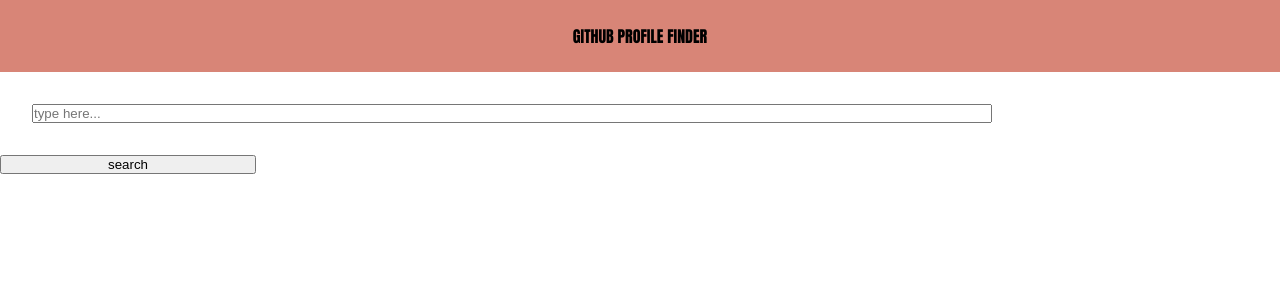
Repository: nilesjamex/githubprofilefinder
Page: index.html
The author's editor kept a copy of each file at every save. The page is drawn from the files as they stood at one save, then again after the next save.
The browser window is 1280 px wide. The pictures show the whole page.

Above is the page before, as saved 2020-11-18 22:53:54.

After the next save:
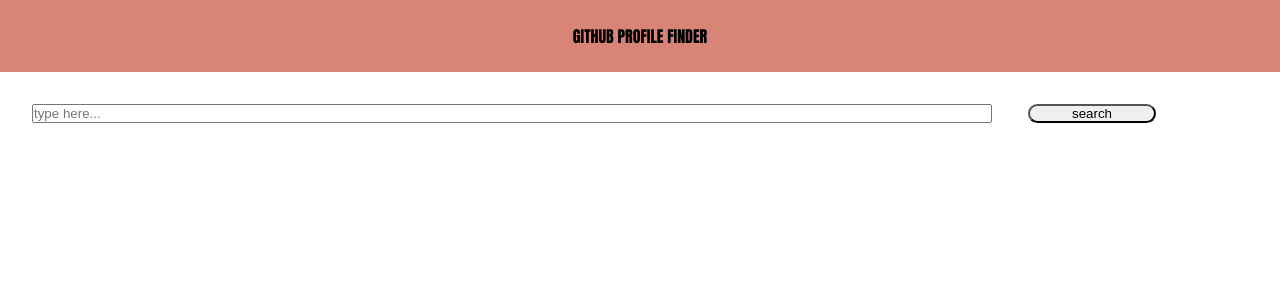
Saved 23 s later.
--- a/styles.css
+++ b/styles.css
@@ -18,5 +18,6 @@
     margin: 2rem;
 }
 input[type=submit]{
-    width: 20%;
+    width: 10%;
+    border-radius: 40px;
 }
